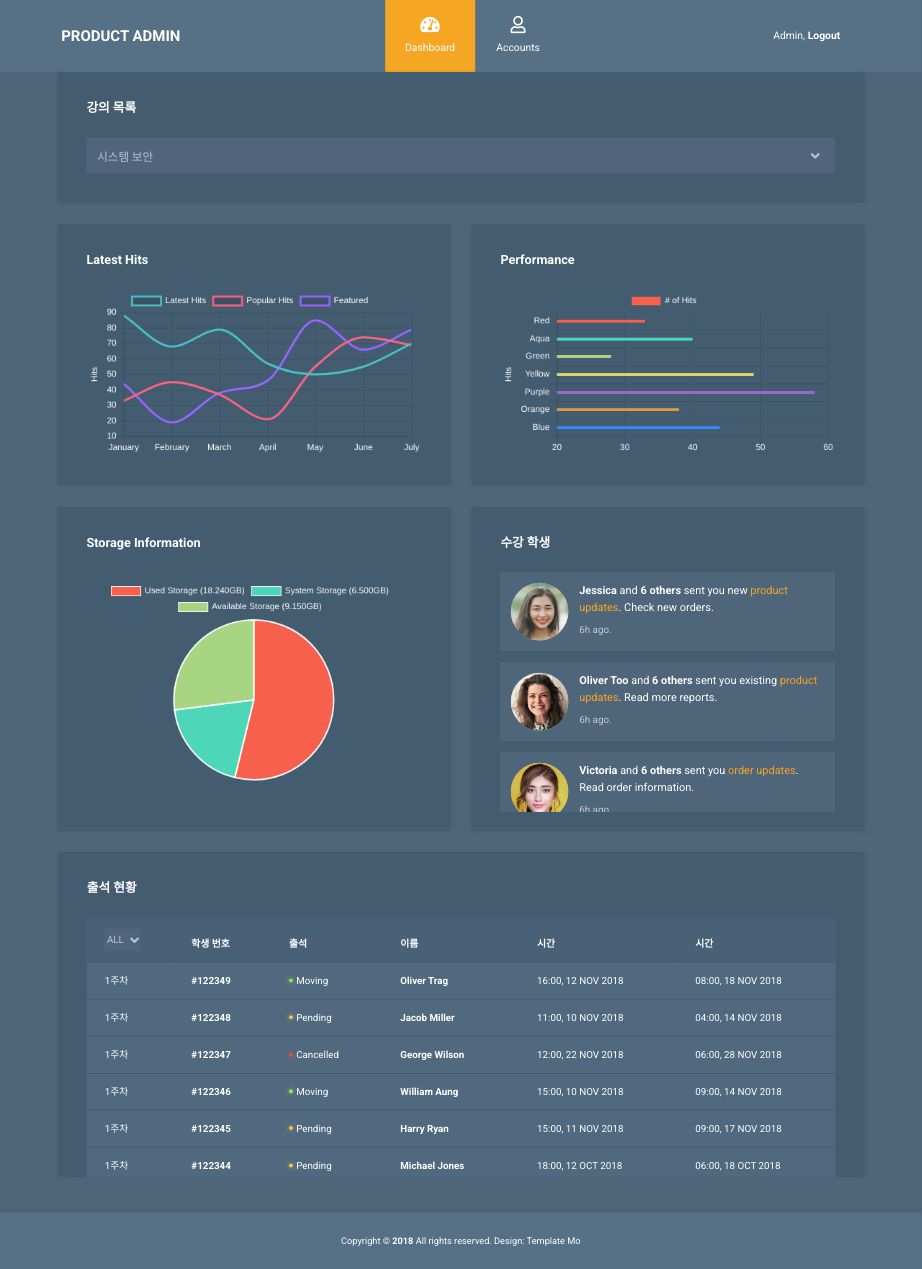
Repository: YJ-S2/2019-FaceAPI
Page: test1-master/web/123/WebContent/web1.html
The author's editor kept a copy of each file at every save. The page is drawn from the files as they stood at one save, then again after the next save.
The browser window is 1280 px wide. The pictures show the whole page, at 72% of full size.
An inner scrolling area shows only its first screen.

Above is the page before, as saved 2019-08-07 06:18:10.

### test1-master/web/123/WebContent/web1.html
<!DOCTYPE html>
<html lang="en">

<head>
    <meta charset="UTF-8">
    <meta name="viewport" content="width=device-width, initial-scale=1.0">
    <meta http-equiv="X-UA-Compatible" content="ie=edge">
    <title>Product Admin - Dashboard HTML Template</title>
    <link rel="stylesheet" href="https://fonts.googleapis.com/css?family=Roboto:400,700">
    <!-- https://fonts.google.com/specimen/Roboto -->
    <link rel="stylesheet" href="css/fontawesome.min.css">
    <!-- https://fontawesome.com/ -->
    <link rel="stylesheet" href="css/bootstrap.min.css">
    <!-- https://getbootstrap.com/ -->
    <link rel="stylesheet" href="css/templatemo-style.css">
    <!--
	Product Admin CSS Template
	https://templatemo.com/tm-524-product-admin
	-->
	<style>
	.custom-select30 {
	  width: 70%;
	  border: none;
	  color: #acc6de;
	  height: 30px;
	  -webkit-appearance: none;
	  -moz-appearance: none;
	  -ms-appearance: none;
	  -o-appearance: none;
	  appearance: none;
	  -webkit-border-radius: 0;
	  -moz-border-radius: 0;
	  -ms-border-radius: 0;
	  -o-border-radius: 0;
	  border-radius: 0;
	  padding: 3px;
	  background: url(../img/arrow-down.png) 98% no-repeat #50657b;
	}
	</style>
</head>

<body id="reportsPage">
    <div class="" id="home">
        <nav class="navbar navbar-expand-xl">
            <div class="container h-100">
                <a class="navbar-brand" href="index.html">
                    <h1 class="tm-site-title mb-0">Product Admin</h1>
                </a>
                <button class="navbar-toggler ml-auto mr-0" type="button" data-toggle="collapse" data-target="#navbarSupportedContent"
                    aria-controls="navbarSupportedContent" aria-expanded="false" aria-label="Toggle navigation">
                    <i class="fas fa-bars tm-nav-icon"></i>
                </button>

                <div class="collapse navbar-collapse" id="navbarSupportedContent">
                    <ul class="navbar-nav mx-auto h-100">
                        <li class="nav-item">
                            <a class="nav-link active" href="#">
                                <i class="fas fa-tachometer-alt"></i>
                                Dashboard
                                <span class="sr-only">(current)</span>
                            </a>
                        </li>

                        <li class="nav-item">
                            <a class="nav-link" href="http://localhost:9089/123/accounts.html">
                                <i class="far fa-user"></i>
                                Accounts
                            </a>
                        </li>
                    </ul>
                    <ul class="navbar-nav">
                        <li class="nav-item">
                            <a class="nav-link d-block" href="login.html">
                                Admin, <b>Logout</b>
                            </a>
                        </li>
                    </ul>
                </div>
            </div>

        </nav>
        <div class="container">
            <div class="row tm-content-row">
		          <div class="col-12 tm-block-col">
		            <div class="tm-bg-primary-dark tm-block tm-block-h-auto">
		              <h2 class="tm-block-title">강의 목록</h2>
		              <select class="custom-select">
		                <option value="0">시스템 보안</option>
		                <option value="1">모바일 소프트웨어</option>
		                <option value="2">시스템 프로그래밍</option>
		                <option value="3">데이터베이스 개론</option>
		                <option value="4">컴퓨터 구조</option>
		              </select>
		            </div>
		          </div>
		        </div>
            <!-- row -->
            <div class="row tm-content-row">

                <div class="col-sm-12 col-md-12 col-lg-6 col-xl-6 tm-block-col">
                    <div class="tm-bg-primary-dark tm-block">
                        <h2 class="tm-block-title">Latest Hits</h2>
                        <canvas id="lineChart"></canvas>
                    </div>
                </div>
                <div class="col-sm-12 col-md-12 col-lg-6 col-xl-6 tm-block-col">
                    <div class="tm-bg-primary-dark tm-block">
                        <h2 class="tm-block-title">Performance</h2>
                        <canvas id="barChart"></canvas>
                    </div>
                </div>

                <div class="col-sm-12 col-md-12 col-lg-6 col-xl-6 tm-block-col">
                    <div class="tm-bg-primary-dark tm-block tm-block-taller">
                        <h2 class="tm-block-title">Storage Information</h2>
                        <div id="pieChartContainer">
                            <canvas id="pieChart" class="chartjs-render-monitor" width="200" height="200"></canvas>
                        </div>
                    </div>
                </div>
                <div class="col-sm-12 col-md-12 col-lg-6 col-xl-6 tm-block-col">
                    <div class="tm-bg-primary-dark tm-block tm-block-taller tm-block-overflow">
                        <h2 class="tm-block-title">수강 학생</h2>
                        <div class="tm-notification-items">
                            <div class="media tm-notification-item">
                                <div class="tm-gray-circle"><img src="img/notification-01.jpg" alt="Avatar Image" class="rounded-circle"></div>
                                <div class="media-body">
                                    <p class="mb-2"><b>Jessica</b> and <b>6 others</b> sent you new <a href="#"
                                            class="tm-notification-link">product updates</a>. Check new orders.</p>
                                    <span class="tm-small tm-text-color-secondary">6h ago.</span>
                                </div>
                            </div>
                            <div class="media tm-notification-item">
                                <div class="tm-gray-circle"><img src="img/notification-02.jpg" alt="Avatar Image" class="rounded-circle"></div>
                                <div class="media-body">
                                    <p class="mb-2"><b>Oliver Too</b> and <b>6 others</b> sent you existing <a href="#"
                                            class="tm-notification-link">product updates</a>. Read more reports.</p>
                                    <span class="tm-small tm-text-color-secondary">6h ago.</span>
                                </div>
                            </div>
                            <div class="media tm-notification-item">
                                <div class="tm-gray-circle"><img src="img/notification-03.jpg" alt="Avatar Image" class="rounded-circle"></div>
                                <div class="media-body">
                                    <p class="mb-2"><b>Victoria</b> and <b>6 others</b> sent you <a href="#"
                                            class="tm-notification-link">order updates</a>. Read order information.</p>
                                    <span class="tm-small tm-text-color-secondary">6h ago.</span>
                                </div>
                            </div>
                            <div class="media tm-notification-item">
                                <div class="tm-gray-circle"><img src="img/notification-01.jpg" alt="Avatar Image" class="rounded-circle"></div>
                                <div class="media-body">
                                    <p class="mb-2"><b>Laura Cute</b> and <b>6 others</b> sent you <a href="#"
                                            class="tm-notification-link">product records</a>.</p>
                                    <span class="tm-small tm-text-color-secondary">6h ago.</span>
                                </div>
                            </div>
                            <div class="media tm-notification-item">
                                <div class="tm-gray-circle"><img src="img/notification-02.jpg" alt="Avatar Image" class="rounded-circle"></div>
                                <div class="media-body">
                                    <p class="mb-2"><b>Samantha</b> and <b>6 others</b> sent you <a href="#"
                                            class="tm-notification-link">order stuffs</a>.</p>
                                    <span class="tm-small tm-text-color-secondary">6h ago.</span>
                                </div>
                            </div>
                            <div class="media tm-notification-item">
                                <div class="tm-gray-circle"><img src="img/notification-03.jpg" alt="Avatar Image" class="rounded-circle"></div>
                                <div class="media-body">
                                    <p class="mb-2"><b>Sophie</b> and <b>6 others</b> sent you <a href="#"
                                            class="tm-notification-link">product updates</a>.</p>
                                    <span class="tm-small tm-text-color-secondary">6h ago.</span>
                                </div>
                            </div>
                            <div class="media tm-notification-item">
                                <div class="tm-gray-circle"><img src="img/notification-01.jpg" alt="Avatar Image" class="rounded-circle"></div>
                                <div class="media-body">
                                    <p class="mb-2"><b>Lily A</b> and <b>6 others</b> sent you <a href="#"
                                            class="tm-notification-link">product updates</a>.</p>
                                    <span class="tm-small tm-text-color-secondary">6h ago.</span>
                                </div>
                            </div>
                            <div class="media tm-notification-item">
                                <div class="tm-gray-circle"><img src="img/notification-02.jpg" alt="Avatar Image" class="rounded-circle"></div>
                                <div class="media-body">
                                    <p class="mb-2"><b>Amara</b> and <b>6 others</b> sent you <a href="#"
                                            class="tm-notification-link">product updates</a>.</p>
                                    <span class="tm-small tm-text-color-secondary">6h ago.</span>
                                </div>
                            </div>
                            <div class="media tm-notification-item">
                                <div class="tm-gray-circle"><img src="img/notification-03.jpg" alt="Avatar Image" class="rounded-circle"></div>
                                <div class="media-body">
                                    <p class="mb-2"><b>Cinthela</b> and <b>6 others</b> sent you <a href="#"
                                            class="tm-notification-link">product updates</a>.</p>
                                    <span class="tm-small tm-text-color-secondary">6h ago.</span>
                                </div>
                            </div>
                        </div>
                    </div>
                </div>
                <div class="col-12 tm-block-col">
                    <div class="tm-bg-primary-dark tm-block tm-block-taller tm-block-scroll">
                    	<h2 class="tm-block-title">출석 현황</h2>



                        <table class="table">
                            <thead>
                                <tr>
                                	<th scope="col">
	                                	<select class="custom-select30">
	                                		<option value="0">ALL</option>
							                <option value="1">1 주차</option>
							                <option value="2">2 주차</option>
							                <option value="3">3 주차</option>
							                <option value="4">4 주차</option>
							           	</select>
							        </th>
                                    <th scope="col">학생 번호</th>
                                    <th scope="col">출석</th>
                                    <th scope="col">이름</th>
                                    <th scope="col">시간</th>
                                    <th scope="col">시간</th>
                                </tr>
                            </thead>
                            <tbody>
                                <tr>
                                	<td>1주차</td>
                                    <th scope="row"><b>#122349</b></th>
                                    <td>
                                        <div class="tm-status-circle moving">
                                        </div>Moving
                                    </td>
                                    <td><b>Oliver Trag</b></td>
                                    <td>16:00, 12 NOV 2018</td>
                                    <td>08:00, 18 NOV 2018</td>
                                </tr>
                                <tr>
                                	<td>1주차</td>
                                    <th scope="row"><b>#122348</b></th>
                                    <td>
                                        <div class="tm-status-circle pending">
                                        </div>Pending
                                    </td>
                                    <td><b>Jacob Miller</b></td>
                                    <td>11:00, 10 NOV 2018</td>
                                    <td>04:00, 14 NOV 2018</td>
                                </tr>
                                <tr>
                                	<td>1주차</td>
                                    <th scope="row"><b>#122347</b></th>
                                    <td>
                                        <div class="tm-status-circle cancelled">
                                        </div>Cancelled
                                    </td>
                                    <td><b>George Wilson</b></td>
                                    <td>12:00, 22 NOV 2018</td>
                                    <td>06:00, 28 NOV 2018</td>
                                </tr>
                                <tr>
                                	<td>1주차</td>
                                    <th scope="row"><b>#122346</b></th>
                                    <td>
                                        <div class="tm-status-circle moving">
                                        </div>Moving
                                    </td>
                                    <td><b>William Aung</b></td>
                                    <td>15:00, 10 NOV 2018</td>
                                    <td>09:00, 14 NOV 2018</td>
                                </tr>
                                <tr>
                                	<td>1주차</td>
                                    <th scope="row"><b>#122345</b></th>
                                    <td>
                                        <div class="tm-status-circle pending">
                                        </div>Pending
                                    </td>
                                    <td><b>Harry Ryan</b></td>
                                    <td>15:00, 11 NOV 2018</td>
                                    <td>09:00, 17 NOV 2018</td>
                                </tr>
                                <tr>
                                	<td>1주차</td>
                                    <th scope="row"><b>#122344</b></th>
                                    <td>
                                        <div class="tm-status-circle pending">
                                        </div>Pending
                                    </td>
                                    <td><b>Michael Jones</b></td>
                                    <td>18:00, 12 OCT 2018</td>
                                    <td>06:00, 18 OCT 2018</td>
                                </tr>
                                <tr>
                                	<td>1주차</td>
                                    <th scope="row"><b>#122343</b></th>
                                    <td>
                                        <div class="tm-status-circle moving">
                                        </div>Moving
                                    </td>
                                    <td><b>Timmy Davis</b></td>
                                    <td>12:00, 10 OCT 2018</td>
                                    <td>08:00, 18 OCT 2018</td>
                                </tr>
                                <tr>
                                	<td>1주차</td>
                                    <th scope="row"><b>#122342</b></th>
                                    <td>
                                        <div class="tm-status-circle moving">
                                        </div>Moving
                                    </td>
                                    <td><b>Oscar Phyo</b></td>
                                    <td>15:30, 06 OCT 2018</td>
                                    <td>09:30, 16 OCT 2018</td>
                                </tr>
                                <tr>
                                	<td>1주차</td>
                                    <th scope="row"><b>#122341</b></th>
                                    <td>
                                        <div class="tm-status-circle moving">
                                        </div>Moving
                                    </td>
                                    <td><b>Charlie Brown</b></td>
                                    <td>11:00, 10 OCT 2018</td>
                                    <td>03:00, 14 OCT 2018</td>
                                </tr>
                                <tr>
                                	<td>1주차</td>
                                    <th scope="row"><b>#122340</b></th>
                                    <td>
                                        <div class="tm-status-circle cancelled">
                                        </div>Cancelled
                                    </td>
                                    <td><b>Wilson Cookies</b></td>
                                    <td>17:30, 12 OCT 2018</td>
                                    <td>08:30, 22 OCT 2018</td>
                                </tr>
                                <tr>
                                	<td>1주차</td>
                                    <th scope="row"><b>#122339</b></th>
                                    <td>
                                        <div class="tm-status-circle moving">
                                        </div>Moving
                                    </td>
                                    <td><b>Richard Clamon</b></td>
                                    <td>15:00, 12 OCT 2018</td>
                                    <td>09:20, 26 OCT 2018</td>
                                </tr>
                            </tbody>
                        </table>
                    </div>
                </div>
            </div>
        </div>
        <footer class="tm-footer row tm-mt-small">
            <div class="col-12 font-weight-light">
                <p class="text-center text-white mb-0 px-4 small">
                    Copyright &copy; <b>2018</b> All rights reserved.

                    Design: <a rel="nofollow noopener" href="https://templatemo.com" class="tm-footer-link">Template Mo</a>
                </p>
            </div>
        </footer>
    </div>

    <script src="js/jquery-3.3.1.min.js"></script>
    <!-- https://jquery.com/download/ -->
    <script src="js/moment.min.js"></script>
    <!-- https://momentjs.com/ -->
    <script src="js/Chart.min.js"></script>
    <!-- http://www.chartjs.org/docs/latest/ -->
    <script src="js/bootstrap.min.js"></script>
    <!-- https://getbootstrap.com/ -->
    <script src="js/tooplate-scripts.js"></script>
    <script>
        Chart.defaults.global.defaultFontColor = 'white';
        let ctxLine,
            ctxBar,
            ctxPie,
            optionsLine,
            optionsBar,
            optionsPie,
            configLine,
            configBar,
            configPie,
            lineChart;
        barChart, pieChart;
        // DOM is ready
        $(function () {
            drawLineChart(); // Line Chart
            drawBarChart(); // Bar Chart
            drawPieChart(); // Pie Chart

            $(window).resize(function () {
                updateLineChart();
                updateBarChart();
            });
        })
    </script>
</body>

</html>

Loaded but not shown: test1-master/web/123/WebContent/css/fontawesome.min.css (library); test1-master/web/123/WebContent/css/bootstrap.min.css (library); test1-master/web/123/WebContent/js/jquery-3.3.1.min.js (library); test1-master/web/123/WebContent/js/moment.min.js (library); test1-master/web/123/WebContent/js/Chart.min.js (library); test1-master/web/123/WebContent/js/bootstrap.min.js (library); test1-master/web/123/WebContent/js/tooplate-scripts.js (common file); test1-master/web/123/WebContent/css/templatemo-style.css (709 lines, source omitted)

After the next save:
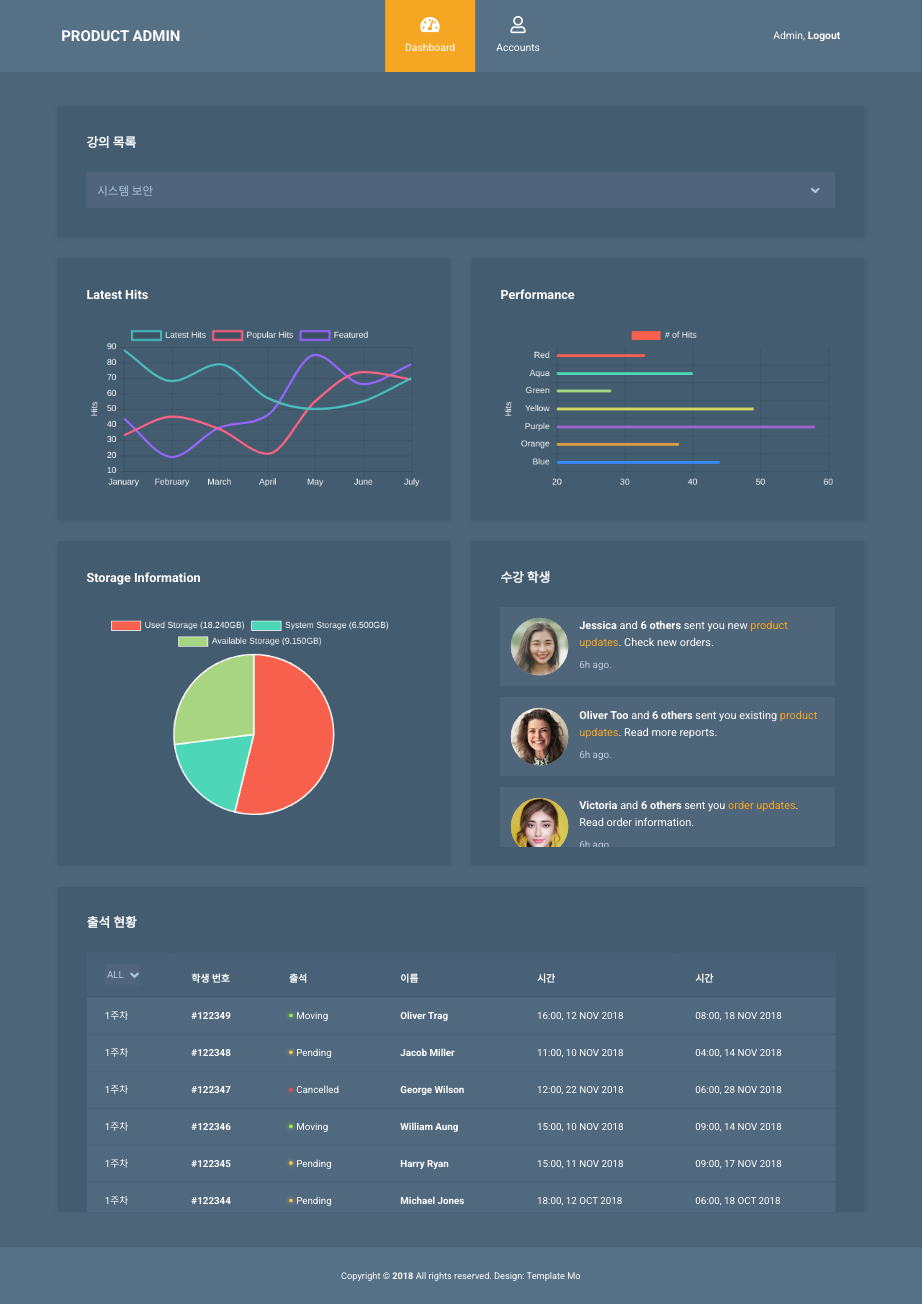
Saved 49 s later.
--- a/test1-master/web/123/WebContent/web1.html
+++ b/test1-master/web/123/WebContent/web1.html
@@ -79,7 +79,7 @@
             </div>
 
         </nav>
-        <div class="container">
+        <div class="container mt-5">
             <div class="row tm-content-row">
 		          <div class="col-12 tm-block-col">
 		            <div class="tm-bg-primary-dark tm-block tm-block-h-auto">
